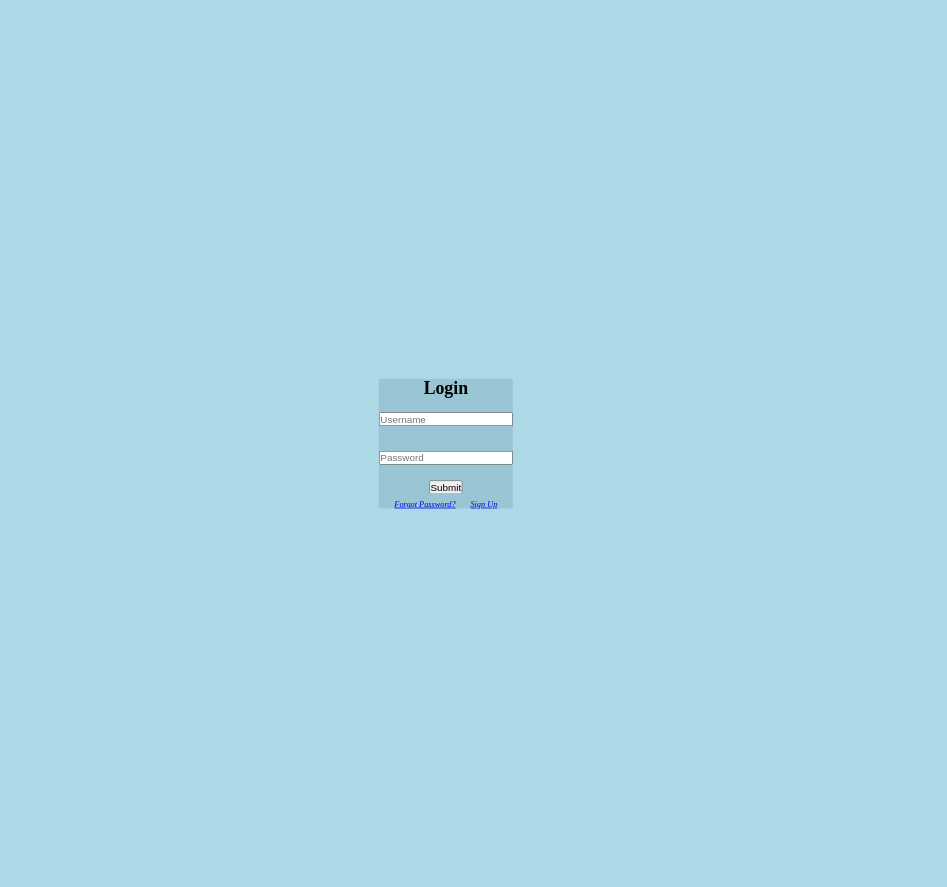
Repository: busra-kayaa/LoginPage
Page: login.html
These files come from the project's save history. The page is drawn as it stood at one moment and after the next save; the edit follows.
The browser window is 1280 px wide. The pictures show the whole page, at 74% of full size.

Above is the page before, as saved 2023-12-29 10:21:31.

### login.html
<!DOCTYPE html>
<html>
    <head>
        <title>Login Page</title>
        <link rel="stylesheet" href="./style.css" type="text/css"/>
    </head>
    <body>
        <div class="login-from-container">
            <h2>Login</h2>
            <div class="input-group">
                <i class="fa fa-user"></i>
                <input
                    type="text"
                    placeholder="Username"
                    class="input-text"
                    autocomplete="off"
                />
            </div>
            <div class="input-group">
                <i class="fa fa-unclok-alt"></i>
                <input
                    type="password"
                    placeholder="Password"
                    class="input-text"
                    autocomplete="off"
                />
            </div>
            <div class="subgroup">
                <div class="button-group" id="login-button">
                    <button onclick="alert('Bilgileriniz Başarıyla Alınmıştır.')">Submit</button>
                </div>
                <div class="footer">
                    <a href="#" target="_blank">Forgot Password? </a>
                    <a href="#" target="_blank">Sign Up</a>
                </div>
            </div>
        </div>
    </body>
</html>

### style.css

*{
    padding: 0px;
    margin: 0px;
}
body {
    background-color: lightblue;
    color: black;
    display: flex;
    flex-direction: row;
    align-items: center;
    font-size: 100%;
}

.login-from-container {
    background-color: rgb(153, 197, 212);
    display: flex;
    flex-direction: column;
    justify-content: center;
    align-items: center;
    text-align: center;
    margin: 40%;
}
.input-group {
    padding: 5%;
    margin-top: 5%;
    margin-bottom: 3%;
}
.button-group {
    display: flex;
    justify-content: center;
    align-items: center;
    margin: 5%;
}
.subgroup {
}
.footer {
    display: flex;
    flex-direction: raw;
    gap: 20px;
    font-size: 70%;
    font-style: italic;
}

After the next save:
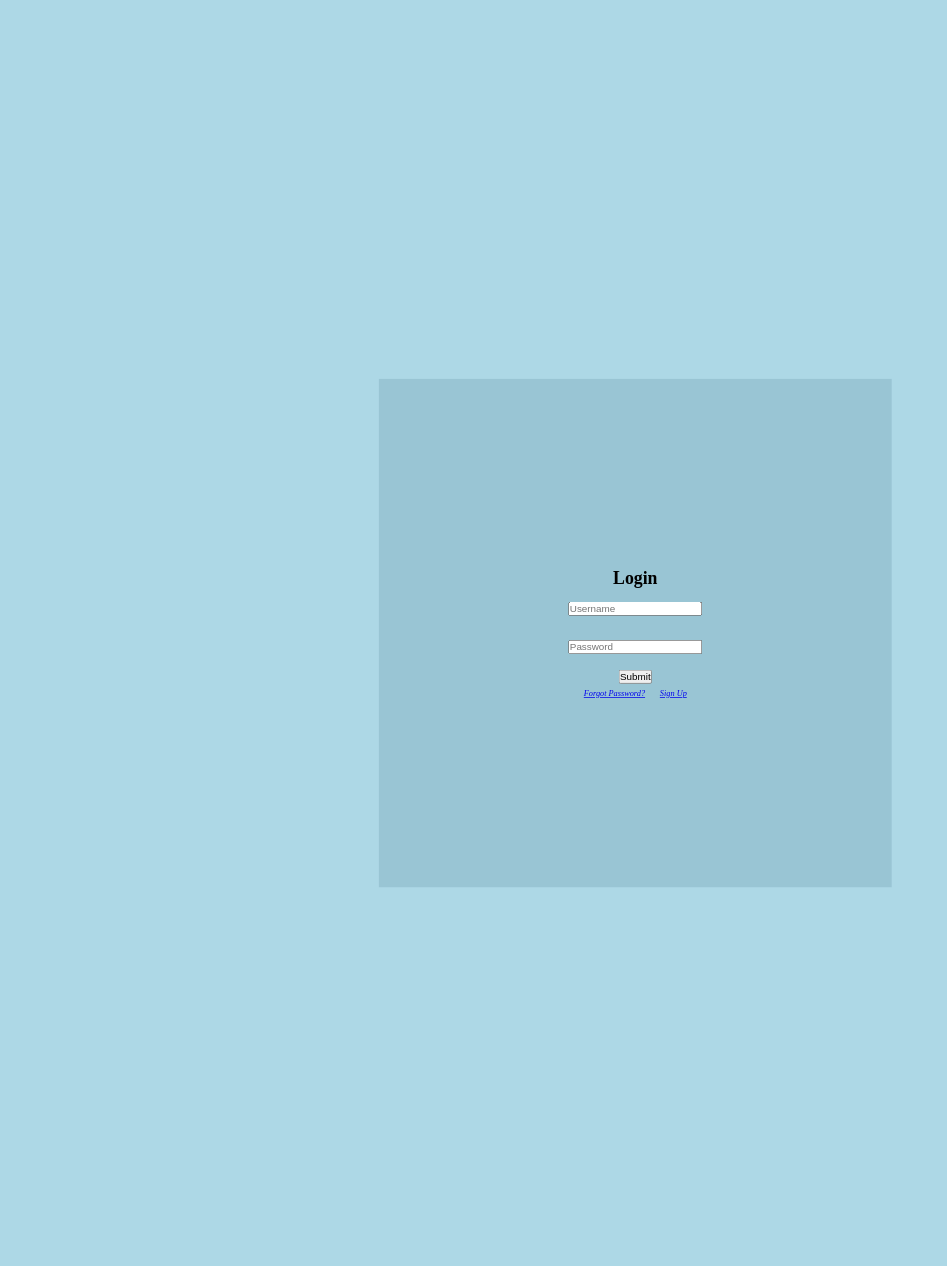
Saved 14 s later.
--- a/style.css
+++ b/style.css
@@ -20,6 +20,7 @@
     align-items: center;
     text-align: center;
     margin: 40%;
+    padding: 20%;
 }
 .input-group {
     padding: 5%;

After the save that followed:
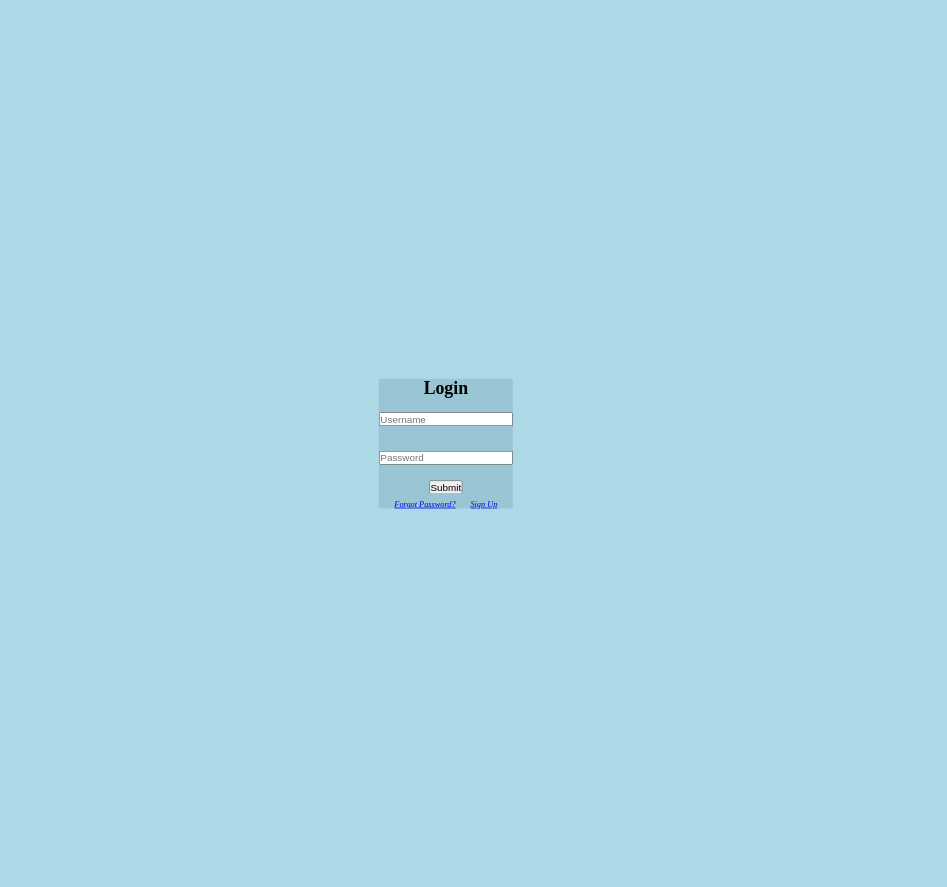
Saved 6 s later.
--- a/style.css
+++ b/style.css
@@ -20,7 +20,7 @@
     align-items: center;
     text-align: center;
     margin: 40%;
-    padding: 20%;
+    padding: 12;
 }
 .input-group {
     padding: 5%;
